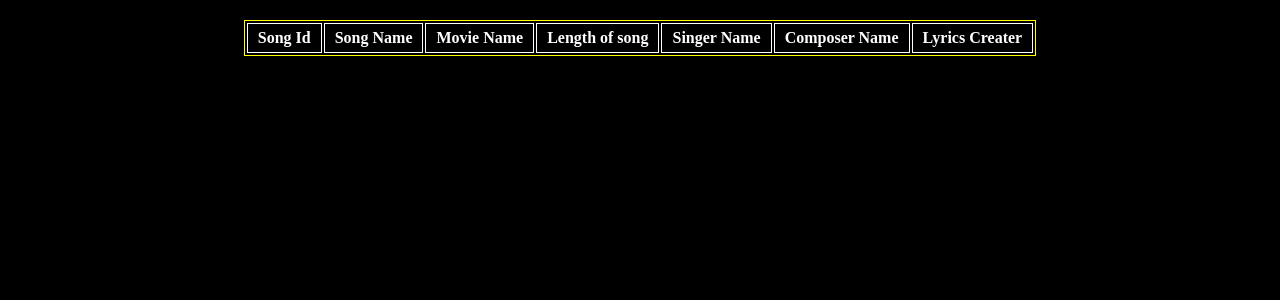
Repository: vishaltawar/J2EE-WEJE-2
Page: http://localhost/musicjsp/ViewSong.jsp
The author's editor kept a copy of each file at every save. The page is drawn from the files as they stood at one save, then again after the next save.
The browser window is 1280 px wide. The pictures show the whole page.
The page is served by Tomcat 9. Queries for data that is not in the repository find no rows.

Above is the page before, as saved 2022-12-18 16:26:28.

After the next save:
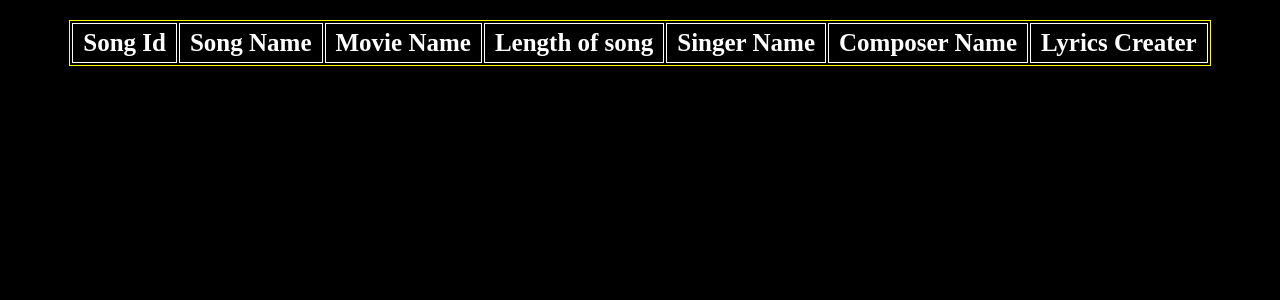
Saved 6 min 18 s later.
--- a/musicjsp/src/main/webapp/ViewSong.jsp
+++ b/musicjsp/src/main/webapp/ViewSong.jsp
@@ -27,7 +27,14 @@
 table{
 margin: 20px auto;
 }
-tr,td,th{
+th{
+border: 1px solid;
+color: white;
+font-size:25px;
+font-weight: bolder;
+padding: 5px 10px;
+}
+td{
 border: 1px solid;
 color: white;
 padding: 5px 10px;
